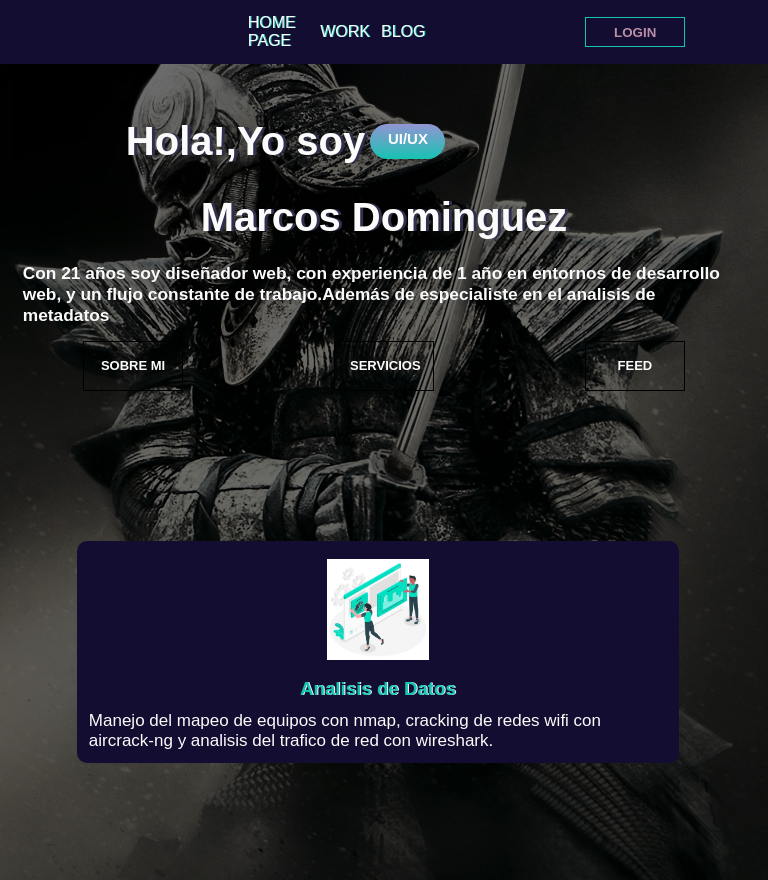
Repository: Sxcram02/Portfolio2
Page: http://localhost/
An editor plug-in stored every save of this project. The page is shown before and after the next save, followed by the edit.
The browser window is 768 px wide. The pictures show the whole page.
Some web fonts or font styles are not loaded; a fallback is used. The page is run by PHP 8.4 with error messages shown; the project is at /var/www/html/.

Above is the page before, as saved 2023-05-14 17:45:33.

### index.php
<?php
include("./public/objects/clases.inc.php");

session_start();

if ($_SERVER['REQUEST_METHOD'] == 'POST' and isset($_POST['LOGIN'])) {
    $logIn = $_POST['LOGIN'];
    if (isset($logIn)) {
        $_SESSION['user'] = $sesion;
        header("Location: ./public/src/login.php");
        exit();
    }
}


?>
<!DOCTYPE html>
<html lang="es">

<head>
    <meta charset="UTF-8">
    <meta http-equiv="X-UA-Compatible" content="IE=edge" />
    <meta name="viewport" content="width=device-width, initial-scale=1.0" />
    <link rel="shortcut icon" href="media/logo2.png" type="image/x-icon" />
    <link rel="stylesheet" href="styles/index.css" type="text/css" />
    <link rel="stylesheet" href="https://unpkg.com/boxicons@latest/css/boxicons.min.css">
    <title>Home Page</title>
</head>

<body>
    <div id="root">
        <header class="box-nav-bar">
            <a href="/index.php"><h3 class="nav-title">M a r c o s</h3></a>
            <nav class="nav-bar">
                <ul>
                    <a href="index.php"><li>Home Page</li></a>
                    <a href="/public/src/assets/work.php"><li>Work</li></a>
                    <a href="/public/src/assets/blog.php"><li>Blog</li></a>
                </ul>
            </nav>
            <form action="#" method="POST">
                <input type="submit" name="LOGIN" id="LOGIN" value="login" />
            </form>
        </header>
        <main class="container">
        <script src="/public/funciones/funciones.inc.js"></script>
            <section id="home_page">
                <article class="box-name">
                    <h1 class="title">Hola!,Yo soy</h1>
                    <label id="box-ui-ux">UI/UX</label>
                </article>
                <h2 class="title">Marcos Dominguez</h2>
                <article class="box-presentation">
                    <p>Con 21 años soy diseñador web, con experiencia de 1 año en entornos de desarrollo web, y un flujo constante de trabajo.Además de especialiste en el analisis de metadatos</p>
                    <div class="box-inputs">
                        <button onclick="mostrarApartado('box-services','box-aboutMe')">Sobre Mi</button>
                        <button onclick="mostrarApartado('box-aboutMe','box-services')">Servicios</button>
                        <a href="./public/src/assets/feed.xml" target="_blank" rel="noopener noreferrer"><button>Feed</button></a>
                    </div>
                </article>
            </section>
            <section id="box-services">
                <div id="services">
                    <article id="analisisDatos">
                        <img src="./media/Ilustración del concepto de análisis de configuración Vector Gratis.jpeg" alt="analisisDatos" />
                        <h3>Analisis de Datos</h3>
                        <p>Manejo del mapeo de equipos con nmap, cracking de redes wifi con aircrack-ng y analisis del trafico de red con wireshark.</p>
                    </article>
                    <article>
                        <img src="./media/Estudio socioeconómico para qué sirve, partes y ejemplo.png" alt="" />
                        <h3>Administrador de Sistemas</h3>
                        <p>Supervisión del flujo de datos entre los usuarios de una red y mantenimiento del sistema</p>
                    </article>
                    <article>
                        <img src="./media/Tips To Help Designers Work Better With Coders - Web Design Ledger.jpeg" alt="" />
                        <h3>Desarrollador Web</h3>
                        <p>Control en la programación de PHP con MySQL o MongoDB, diseñador con HTML5, CSS3 o React con JavaScript</p>
                    </article>
                    <article>
                        <img src="./media/superkid-robot-copy.gif" alt="superRobot" id="robot3D" />
                        <h3>Modelador 3D</h3>
                        <p>Modelador 3D de diseño aplicados a la web con Spline, y en modelos mas complejos 3dsMax y Zbrush</p>
                    </article>
                </div>
            </section>
            <section id="box-aboutMe">
                <div id="aboutMe">
                    <h1>Cronología</h1>
                    <hr class="hr" />
                    <article class="box-signatures">
                        <div class="signature1">
                            <i class='bx bx-radio-circle-marked' style='color:#17c3b2'></i>
                            <h3>Titulación ESO y BACHILLER</h3>
                            <img src="./media/chesterton.jpeg" alt="colegio1">
                            <img src="./media/agustinos.jpeg" alt="colegio2">
                            <p>2013-2020</p>
                        </div>
                        <div class="signature2">
                            <i class='bx bx-radio-circle-marked' style='color:#17c3b2'></i>
                            <h3>2º Años en Grado de Derecho</h3>
                            <img src="./media/unir.jpg" alt="universidad">
                            <p>2021-2022</p>
                        </div>
                        <div class="signature3">
                            <i class='bx bx-radio-circle-marked' style='color:#17c3b2'></i>
                            <h3>Grado Superior DAW</h3>
                            <img src="./media/cifp.png" alt="centroFormativo">
                            <p>2022-2024</p>
                        </div>
                        <div class="signature4">
                            <i class='bx bx-radio-circle-marked' style='color:#17c3b2'></i>
                            <h3>Curso de Git</h3>
                            <img src="./media/angulo.jpg" alt="CentroPrivado">
                            <p>2023-2023</p>
                        </div>
                        <div class="signature5">
                            <i class='bx bx-radio-circle-marked' style='color:#17c3b2'></i>
                            <h3>Curso de Animacion 3D</h3>
                            <img src="./media/comercio.png" alt="EntidadPublica">
                            <p>2023-2023</p>
                        </div>
                    </article>
                </div>
            </section>
            <section id="my_photo"></section>
        </main>
    </div>

</body>

</html>

### styles/index.css

/* -----------------------------------------------------------*/
/* -----------------------------------------------------------*/
/* AJUSTES GENERALES */
/* 1. HEADER
/* 2. PRIMERA PAGINA
/*  2.1 SECCION 1
/*  2.2 SECCION 2
/*  2.3 SECCION 3
/*  2.4 SECCION 4
/* 3. PAGINA DE MIS TRABAJOS
/* 4. PAGINA DE MI BLOG
/* 5. PAGINA FORMULARIO LOGIN
/* 6. PAGINA CREAR POST
/* -----------------------------------------------------------*/
/* -----------------------------------------------------------*/

* {
    margin: 0;
    padding: 0;
    list-style: none;
    box-sizing: border-box;
    font-family: 'Poppins', sans-serif;
}

a, a:active, a:visited, a:enabled {
    color: var(--blanco);
    text-decoration: none;
}

@font-face {
    font-family: 'Poppins';
    src: url("../fonts/*");
}

:root {
    --violeta-ruso: #120D31;
    --cadet-space: #302F4D;
    --verde-claro-oceano:#17C3B2;
    --indigo-tropical:#9395D3;
    --blanco:#FBFBFB;
}

body {
    display: flex;
    flex-direction: column;
    align-items: center;
    justify-content: space-between;
}

#root {
    width: 100vw;
    height: 100vh;
}


/* -----------------------------------------------------------*/
/* -----------------------------------------------------------*/
/* HEADER */
/* -----------------------------------------------------------*/
/* -----------------------------------------------------------*/

.box-nav-bar {
    width: 100vw;
    height: 4rem;
    padding: 1%;
    background-color: var(--violeta-ruso);
    color: snow;
    display: flex;
    align-items: center;
    justify-content: space-between;
}

.nav-title {
    text-shadow: 1px 0px 0px var(--verde-claro-oceano);
    text-transform: uppercase;
    font-size: 20px;
    font-weight: 700;
    cursor: pointer;
}

.nav-bar ul {
    text-transform: uppercase;
    width: 350px;
    font-size: 20px;
    display: flex;
    align-items: center;
    justify-content: space-around;
}

.nav-bar ul li {
    cursor: pointer;
    text-shadow: 1px 0px 0px var(--verde-claro-oceano);
}

.nav-bar ul li:hover {
    color: var(--verde-claro-oceano);
    text-shadow: 1px 0px 0px var(--indigo-tropical);
    transition: all 0.5s;
}

#LOGIN {
    width: 125px;
    height: 30px;
    margin: 2%;
    color: #B98EA7;
    background: none;
    border: 1px solid var(--verde-claro-oceano);
    text-transform: uppercase;
    font-weight: 800;
    cursor: pointer;
}

#LOGIN:hover {
    background-color: var(--verde-claro-oceano);
    color: var(--blanco);
    transition: all 0.3s;
}

@media screen and (max-width:800px) {
    .box-nav-bar {
        justify-content: space-around;
    }

    .nav-title {
        display: none;
    }

    .nav-bar ul {
        width: 100%;
        justify-content: flex-start;
        font-size: 16px;
    }

    .nav-bar ul li {
        margin: 0 5%;
    }

    .nav-bar ul a {
        margin: 1%;
        padding: 2%;
    }

    #LOGIN {
        width: 100px;
        margin-right: 5%;
    }
}

/* -----------------------------------------------------------*/
/* -----------------------------------------------------------*/
/* PRIMERA PÁGINA */
/* -----------------------------------------------------------*/
/* -----------------------------------------------------------*/

.container {
    width: 100%;
    display: grid;
    grid-template-columns: repeat(3,1fr);
    grid-template-rows: repeat(2,1fr);
}

.container section {
    width: 100%;
    height: 100%;
}

@media screen and (max-width:800px) {

    #root {
        height: 110vh;
        background-image: url("/media/guerrero-en-47-ronin_2048x1536_xtrafondos.com.jpg");
        background-size: cover;
        background-position: center;
        overflow-x: hidden;
    }

    .container {
        width: 100%;
        height: 93%;
        display: flex;
        flex-direction: column;
        justify-content: space-around;
        background-color: rgba(0, 0, 0, 0.579);
        color: #FBFBFB;
    }

    #home-page {
        height: 60vh;
    }

    #home_page .box-presentation {
        flex-direction: column;
        font-size: 13px;
    }

    #home_page .box-presentation p {
        width: 100%;
    }

    .box-name {
        height: 25%;
        background: none;
    }

    #home_page .box-inputs {
        width: 100%;
        justify-content: space-around;
    }

    #home_page .box-inputs button {
        width: 100px;
        font-size: 13px;
        color: #FBFBFB;
    }

    #box-services {
        height: 50vh;
        padding: 10%;
    }

    #services {
        width: 100%;
        height: 100%;
        display: flex;
        align-items: center;
        flex-direction: column;
        overflow-y: scroll;
    }

    .container #services article {
        width: 100%;
        margin-bottom: 5%;
        padding: 1%;
    }

    .container #services article:hover {
        animation: none;
    }

    #box-aboutMe {
        height: 50%;

    }

    #my_photo {
        display: none;
    }



}

/* -----------------------------------------------------------*/
/* -----------------------------------------------------------*/
/* SECCION 1 */
/* -----------------------------------------------------------*/
/* -----------------------------------------------------------*/

#home_page {
    height: 40vh;
    grid-column: 1/3;
    grid-row: 1/2;
    padding: 1%;
    display: flex;
    flex-direction: column;
    align-items: center;
}

.box-name {
    width: 70%;
    margin: 1%;
    text-align: center;
    display: flex;
    align-items: center;
}

.title {
    padding: 1%;
    font-size: 40px;
    font-weight: 800;
    text-shadow: 3px 0px 0px var(--cadet-space);
}

#box-ui-ux {
    width: 75px;
    height: 35px;
    padding: 1%;
    text-align: center;
    font-size: 15px;
    font-weight: 800;
    color: snow;
    background: linear-gradient(180deg, var(--indigo-tropical),var(--verde-claro-oceano));
    border-radius: 20px;
}

.box-presentation {
    display: flex;
    align-items: center;
}

.box-presentation p {
    width: 50%;
    padding: 2%;
    font-size: 13pt;
    font-weight: 600;
}

.box-inputs {
    width: 50%;
    display: flex;
    align-items: center;
    justify-content: space-around;
}

.box-inputs button {
    width: 150px;
    height: 50px;
    padding: 2%;
    border: 1px solid black;
    background: none;
    font-size: 15pt;
    font-weight: 800;
    text-transform: uppercase;
    cursor: pointer;
}

.box-inputs button:hover {
    background-color: var(--verde-claro-oceano);
    box-shadow: 0px 0px 7px var(--indigo-tropical);
    transition: all 0.3s;
}


/* -----------------------------------------------------------*/
/* -----------------------------------------------------------*/
/* SECCION 2 */
/* -----------------------------------------------------------*/
/* -----------------------------------------------------------*/

#box-services {
    grid-column: 1/3;
    grid-row: 2/3;
    width: 100%;
}

#services {
    padding: 1%;
    color: snow;
    display: flex;
}

#services img {
    width: 125px;
    height: 125px;
    padding: 2%;
}

#services article {
    width: 50%;
    height: 100%;
    margin-right: 2%;
    padding: 2%;
    background-color: var(--violeta-ruso);
    border-radius: 10px;
    display: flex;
    flex-direction: column;
    align-items: center;
    text-align: center;
    cursor: pointer;
}

#services article:hover {
    background-color: var(--cadet-space);
    box-shadow: 0px 0px 5px var(--verde-claro-oceano);
    animation: goUp 1.5s both;
    transition: all 0.4s;
}

@keyframes goUp {
    to {
        translate: 0 -20%;
    }
}

#services article h3 {
    color: var(--verde-claro-oceano);
    text-shadow: 1px 0px 0px var(--blanco);
    padding: 1%;
}

#services article:hover h3 {
    color: var(--indigo-tropical);
}

#services article p {
    padding: 1%;
    font-size: 17px;
    text-align: start;
}

#robot3D {
    width: 300px;
    height: 175px;
}


/* -----------------------------------------------------------*/
/* -----------------------------------------------------------*/
/* SECCION 3 */
/* -----------------------------------------------------------*/
/* -----------------------------------------------------------*/

#box-aboutMe {
    display:none;
    grid-column: 1/3;
    grid-row: 2/4;
}

#aboutMe {
    height: 100%;
    display: flex;
    flex-direction: column;
    align-items: center;
    justify-content: space-between;
}

#aboutMe h1 {
    width: 100%;
    text-align: center;
    text-transform: uppercase;
    font-weight: 800;
}

#aboutMe hr {
    width: 90%;
    height: 15px;
    color: var(--violeta-ruso);
    background-color: var(--violeta-ruso);
    box-shadow: 0px 0px 5px var(--verde-claro-oceano);
}

.box-signatures {
    width: 90%;
    display: grid;
    grid-template-columns: repeat(5,1fr);
    grid-template-rows: repeat(3,1.4fr);
    text-align: center;
    row-gap: 5px;
}

.box-signatures i {
    font-size: 40px;
}

.box-signatures div {
    display: flex;
    flex-direction: column;
    align-items: center;
}

.box-signatures div img {
    width: 50px;
    height: 50px;
}

@media screen and (max-width:800px){


    .box-signatures {
        display: flex;
        flex-direction: column;
        align-items: center;
        justify-content: space-around;
        overflow-y: scroll;
    }

    .box-signatures div {
        display: flex;
        align-items: center;
        justify-content: space-around;
    }
}

/*--------------------------------------------------------*/
/*--------------------------------------------------------*/
/* GRID COMPONENTS */
/*--------------------------------------------------------*/
/*--------------------------------------------------------*/

.signature1 {
    grid-column: 1/2;
    grid-row: 1/3;
}

.signature2 {
    grid-column: 2/3;
    grid-row: 1/3;
}

.signature3 {
    grid-column: 3/4;
    grid-row: 1/3;
}

.signature4 {
    grid-column: 4/5;
    grid-row: 1/3;
}

.signature5 {
    grid-column: 5/6;
    grid-row: 1/3;
}



/* -----------------------------------------------------------*/
/* -----------------------------------------------------------*/
/* SECCION 4 */
/* -----------------------------------------------------------*/
/* -----------------------------------------------------------*/

#my_photo {
    grid-column: 3/4;
    grid-row: 1/3;
    background-image: url("../media/guerrero-en-47-ronin_2048x1536_xtrafondos.com.jpg");
    background-position: center;
    background-size: cover;
    object-fit: cover;
}


/* -----------------------------------------------------------*/
/* -----------------------------------------------------------*/
/* PAGINA DE MIS TRABAJOS */
/* -----------------------------------------------------------*/
/* -----------------------------------------------------------*/

#root2 {
    width: 100vw;
    background: linear-gradient(180deg,transparent,var(--cadet-space),var(--violeta-ruso));
    display: flex;
    flex-direction: column;
    align-items: center;
    justify-content: center;
}

.title2 {
    width: 100vw;
    font-size: 40px;
    color:black;
    text-shadow: 2px 0px 7px var(--indigo-tropical);
    text-align: center;
}

.container2 {
    width: 100%;
    height: 100vh;
    padding: 1%;
    display: grid;
    grid-template-columns: repeat(3,1.4fr);
    grid-template-rows: repeat(2,1fr);
    row-gap: 10px;
}

.container2 section {
    width: 90%;
    height: 300px;
    padding: 1%;
    display: flex;
    flex-direction: column;
    align-items: center;
    justify-content: space-around;
    background-color: var(--violeta-ruso);
    border-radius: 10px;
    box-shadow: 0px 0px 10px var(--indigo-tropical);
    cursor: pointer;
}

.container2 h1 {
    text-transform: uppercase;
    font-size: 25px;
    font-weight: 900;
}


.container2 img {
    width: 250px;
    height: 150px;
}

@media screen and (max-width:800px) {
    .container2 {
        display: flex;
        align-items: center;
        flex-direction: column-reverse;
        overflow-y: scroll;
    }

    .container2 section {
        text-align: center;
        width: 250px;
    }

    .container2 img {
        width: 100px;
        height: 100px;
    }
}

/*--------------------------------------------------------*/
/*--------------------------------------------------------*/
/* GRID COMPONENTS */
/*--------------------------------------------------------*/
/*--------------------------------------------------------*/

@keyframes updateScale {
    to {
        scale: 0.9;
    }
}

.work1 {
    grid-column: 1/2;
    grid-row: 1/2;
}

.work1:hover {
    box-shadow: 0px 0px 5px var(--verde-claro-oceano);
    background-color: rgba(255, 166, 0, 0.882);
    animation: updateScale 0.6s both;
    transition: all 0.4s;
}

.work2 {
    grid-column: 2/3;
    grid-row: 1/2;
}

.work2:hover {
    box-shadow: 0px 0px 5px var(--violeta-ruso);
    background-color: rgba(0, 170, 255, 0.858);
    animation: updateScale 0.6s both;
    transition: all 0.4s;
}

.work3 {
    grid-column: 1/2;
    grid-row: 2/3;
}

.work3:hover {
    box-shadow: 0px 0px 5px var(--violeta-ruso);
    background-color: rgba(25, 172, 37, 0.806);
    animation: updateScale 0.6s both;
    transition: all 0.4s;
}

.work4 {
    grid-column: 2/3;
    grid-row: 2/3;
}

.work4:hover {
    box-shadow: 0px 0px 5px var(--verde-claro-oceano);
    background-color: rgba(170, 0, 255, 0.85);
    animation: updateScale 0.6s both;
    transition: all 0.4s;
}

.work5 {
    grid-column: 3/4;
    grid-row: 1/2;
}

.work5:hover {
    box-shadow: 0px 0px 5px var(--violeta-ruso);
    background-color: rgba(255, 0, 51, 0.85);
    animation: updateScale 0.6s both;
    transition: all 0.4s;
}

.work6 {
    grid-column: 3/4;
    grid-row: 2/3;
}

.work6:hover {
    box-shadow: 0px 0px 5px var(--verde-claro-oceano);
    background-color: rgba(0, 204, 255, 0.85);
    animation: updateScale 0.6s both;
    transition: all 0.4s;
}

/* -----------------------------------------------------------*/
/* -----------------------------------------------------------*/
/* PAGINA DEL BLOG */
/* -----------------------------------------------------------*/
/* -----------------------------------------------------------*/

#root3 {
    width: 100vw;
    background-image: url("./../media/version_5.gif");
    background-size:  cover;
    background-position: center;
    background-repeat: repeat-y;
}


.container3 {
    width: 100%;
    background: linear-gradient(360deg,transparent,#302f4d7f,#120d31);
    display: flex;
    flex-direction: column;
    align-items: center;
    justify-content: space-between;
}

.container3 h1 {
    color: var(--blanco);
    padding: 4%;
    font-size: 35px;
    font-weight: bold;
}

.container3 section {
    width: 100%;
    height: 100%;
    padding: 1%;
    display: flex;
    flex-direction: column;
    align-items: center;
    justify-content: space-around;
}

.container3 section article {
    width: 40%;
    height: 400px;
    margin: 1%;
    padding: 5%;
    border-radius: 20px;
    padding: 1%;
    display: flex;
    flex-direction: column;
    align-items: center;
    justify-content: space-between;
    text-align: center;
    background-color: var(--cadet-space);
}

.container3 section article h1 {
    font-size: 20px;
    text-transform: uppercase;
    font-weight: 700;
}

.container3 section article img {
    width: 200px;
    height: 150px;
}

@media screen and (max-width:800px){
    #root3 .container3 article {
        width: 60%;
        padding: 5%;
    }

    #root3 .container3 img {
        width: 100px;
        height: 100px;
    }
}

/* -----------------------------------------------------------*/
/* -----------------------------------------------------------*/
/* PAGINA FORMULARIO LOGIN */
/* -----------------------------------------------------------*/
/* -----------------------------------------------------------*/

.page2-root {
    width: 100vw;
    height: 100vh;
    background-image: url("./../media/fondo1.gif");
    background-position: center;
    background-size: cover;
    overflow: hidden;
}

.page2-container {
    width: 100%;
    height: 100%;
    background: linear-gradient(180deg,transparent,#302f4d7f,#120d31c2);
    display: flex;
    flex-direction: column;
    align-items: center;
}

.page2-title {
    padding: 1%;
    font-size: 50px;
    font-weight: bold;
    text-transform: uppercase;
    color: var(--cadet-space);
    text-shadow: 2px 0px 0px var(--verde-claro-oceano);
}

.page2-container form {
    margin-top: 10%;
}

.page2-target {
    width: 50%;
    height:50%;
    padding: 2%;
    background: var(--cadet-space);
    box-shadow: 0px 0px 5px var(--verde-claro-oceano);
    border-radius: 10px;
    display: flex;
    flex-direction: column;
    align-items: center;
    justify-content: space-around;
    color: var(--blanco);
    font-size: 20px;
    font-weight: 800;
    text-transform: uppercase;
}

.page2-target input {
    width: 80%;
    height: 35px;
    text-align: center;
    font-size: 12pt;
}

.sent {
    font-size: 20px;
    padding: 1%;
    text-transform: uppercase;
    font-weight: 800;
    background: none;
    border: 2px solid var(--verde-claro-oceano);
    color: var(--verde-claro-oceano);
    text-shadow: 0px 0px 5px var(--verde-claro-oceano);
    cursor: pointer;
}

.sent:hover {
    background-color: var(--verde-claro-oceano);
    color: #FBFBFB;
    text-shadow: 0px 0px 5px #FBFBFB;
    animation: changeScale 0.5s both;

}

@keyframes changeScale {
    to {
        scale: 0.8;
    }
}

/*--------------------------------------------------*/
/*--------------------------------------------------*/
/* PAGINA CREAR POST*/
/*--------------------------------------------------*/
/*--------------------------------------------------*/

#page3-root {
    width: 100vw;
    height: 100vh;
    background-image: url("./../media/fondo1.gif");
    background-size: cover;
    background-position: center;
}

#page3-root form {
    background: linear-gradient(360deg,transparent,#302f4d7f,#120d31);
}

#page3-container {
    width: 100%;
    display: flex;
    flex-direction: column;
    align-items: center;
    padding: 5%;
}

#page3-container section {
    width: 50%;
    height: 50vh;
    padding: 1%;
    display: flex;
    flex-direction: column;
    align-items: center;
    opacity: 80%;
    background-color: var(--cadet-space);
    box-shadow: 0px 0px 7px var(--indigo-tropical);
}

#page3-container section label {
    height: 35px;
    font-size: 20px;
    color: var(--blanco);
    text-transform: uppercase;
    font-weight: 900;
}

#page3-container input[type="text"] {
    max-width: 300px;
    height: 25px;
    margin: 1%;
    font-size: 14px;
    font-weight: 900;
    text-align: center;
    text-transform: uppercase;
    border-radius: 5px;
    border: 1px solid var(--violeta-ruso);
}


@media screen and (max-width:800px) {
    #page3-container section {
        width: 80%;
    }

    #page3-container input[type="file"]{
        width: 100px;
    }
}

Loaded but not shown: public/funciones/funciones.inc.js (7 lines, source omitted); public/objects/clases.inc.php (99 lines, source omitted)

After the next save:
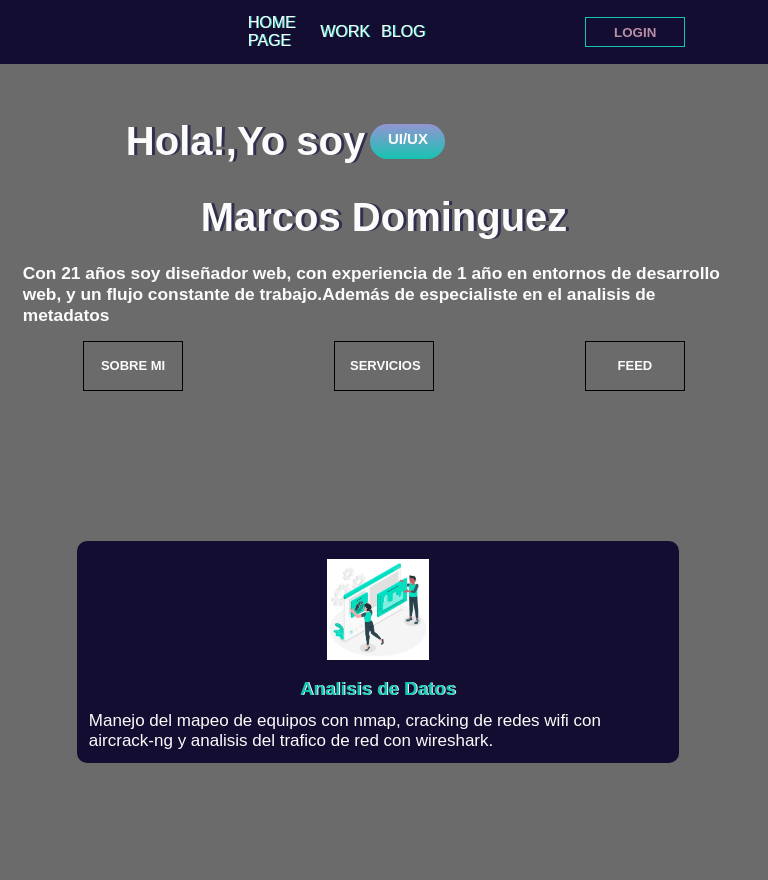
Saved 34 s later.
--- a/styles/index.css
+++ b/styles/index.css
@@ -169,9 +169,6 @@ body {
 
     #root {
         height: 110vh;
-        background-image: url("/media/guerrero-en-47-ronin_2048x1536_xtrafondos.com.jpg");
-        background-size: cover;
-        background-position: center;
         overflow-x: hidden;
     }
 
